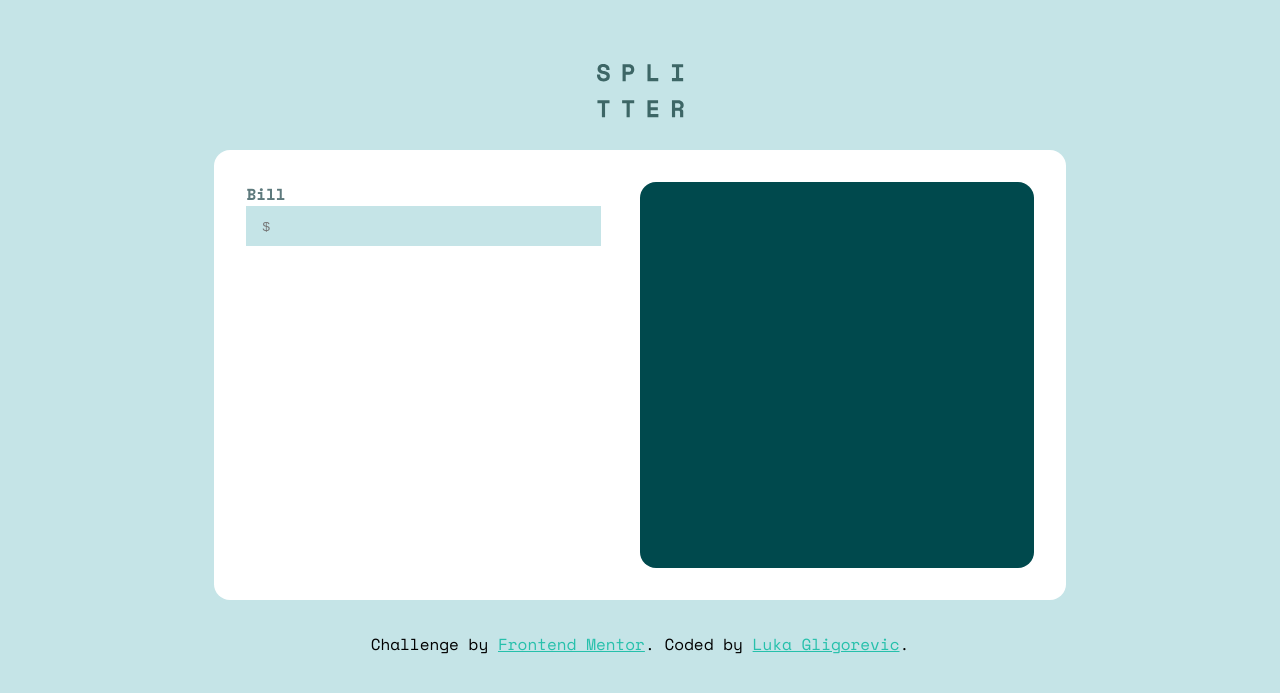
Repository: gligor99/tip-fmentor
Page: /
These files come from the project's save history. The page is drawn as it stood at one moment and after a run of saves; the edit follows.
The browser window is 1280 px wide. The pictures show the whole page.
The project was rebuilt for these pictures with package versions that can differ from the ones it lists, and the page was loaded fresh each time.

Above is the page before, as saved 2021-11-26 21:35:51.

After the next 2 saves:
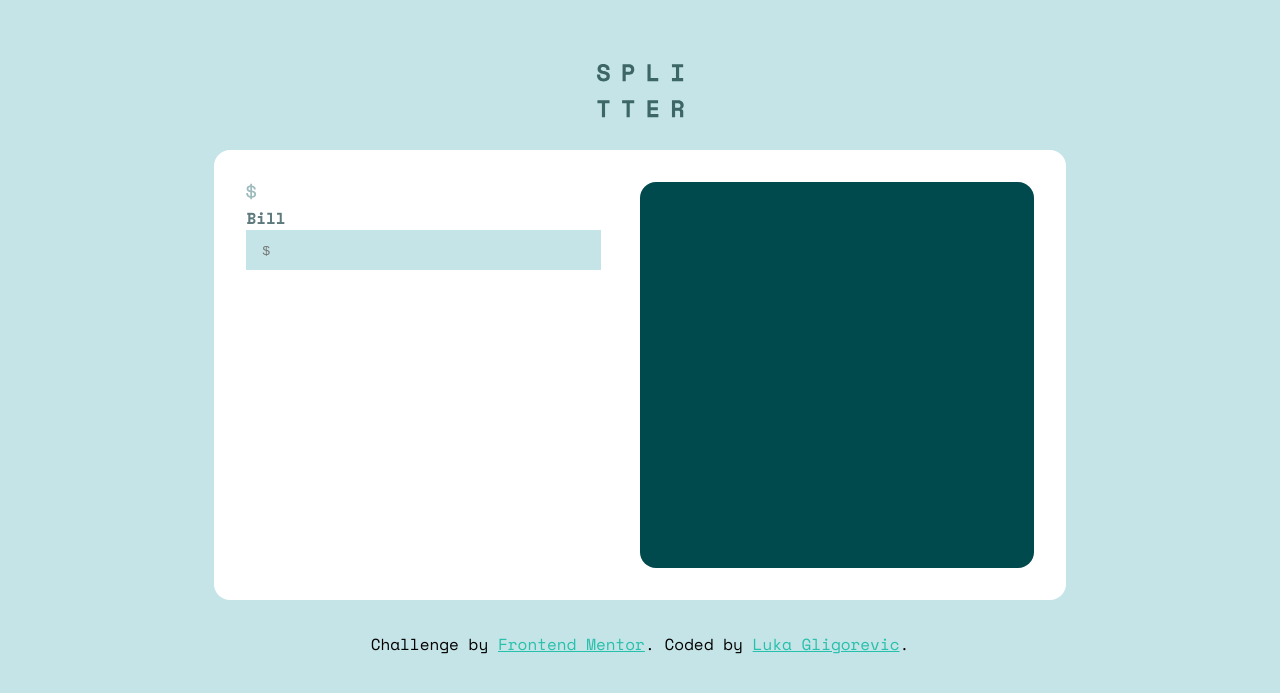
The 2 saves are shown as one change because 1 did not build or start.
The last was saved 105 s later.
--- a/src/components/Tipper.tsx
+++ b/src/components/Tipper.tsx
@@ -1,7 +1,12 @@
+import iconDollar from '../assets/icon-dollar.svg'
+
 const Tipper = () => {
   return (
     <section className="container">
       <div className="left-side">
+          <div className="input-div">
+              <img src={iconDollar} alt="" />
+          </div>
           <label className="tipper-title" htmlFor="bill">Bill</label>
           <input className="bill-input" type="number" name="bill" placeholder="$" />
       </div>
